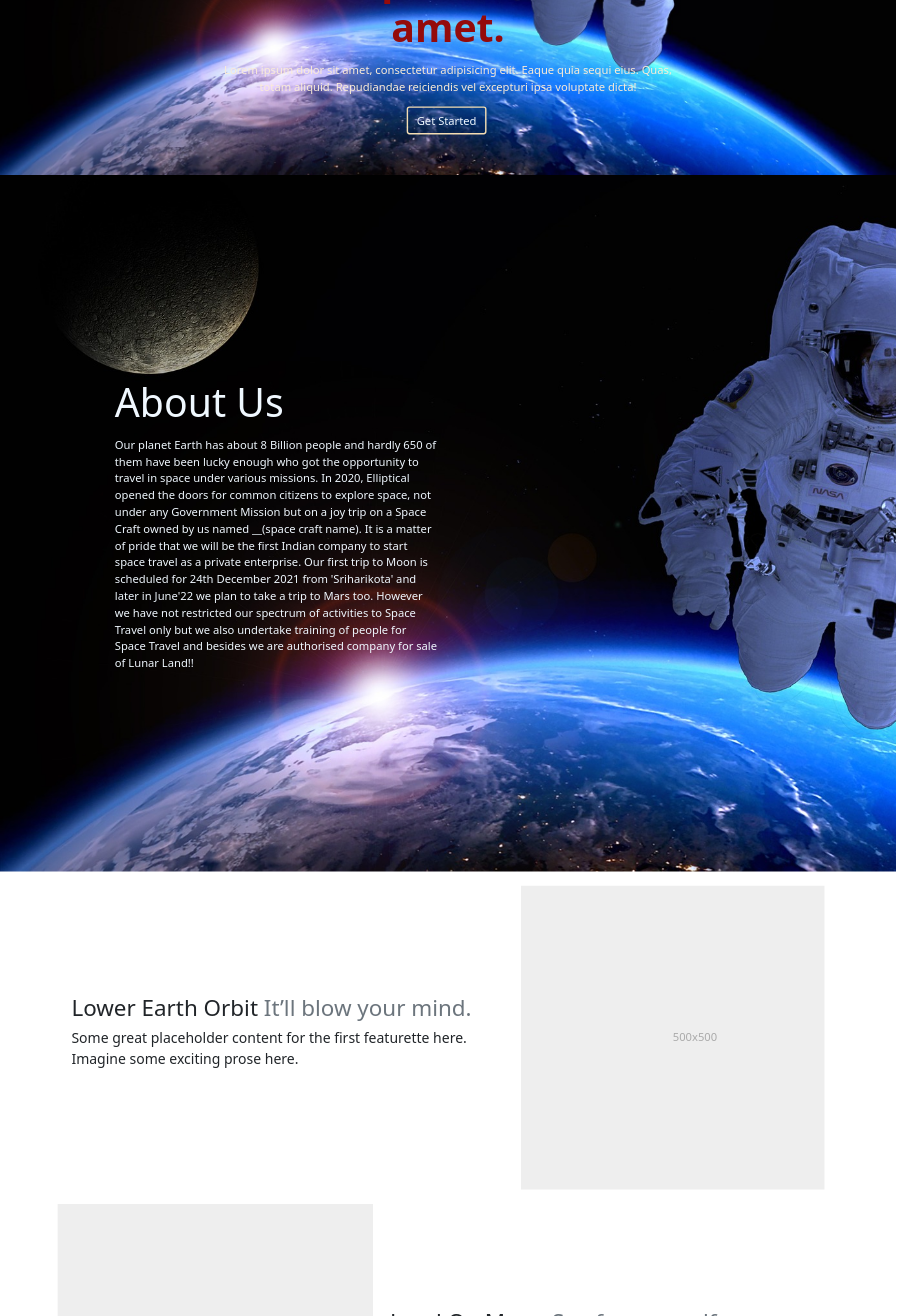
Repository: sarthakkathpalia/elliptical
Page: html/home.html
These files come from the project's save history. The page is drawn as it stood at one moment and after the next save; the edit follows.
The browser window is 1280 px wide. The page is 1292 px wide, so the pictures cover 1292 px, including what lies to the right of the window. The pictures show the part of the page from y = 470 to 2350 px (the page is 4685 px tall), at 70% of full size.
Some web libraries are served in a nearby version.

Above is the page before, as saved 2021-10-30 15:42:40.
Console error: ReferenceError: emailjs is not defined

### html/home.html
<!doctype html>
<html lang="en">
  <head>
    <!-- Required meta tags -->
    <meta charset="utf-8">
    <meta name="viewport" content="width=device-width, initial-scale=1">

    <!-- Bootstrap CSS -->
    <link href="https://cdn.jsdelivr.net/npm/bootstrap@5.1.3/dist/css/bootstrap.min.css" rel="stylesheet" integrity="sha384-1BmE4kWBq78iYhFldvKuhfTAU6auU8tT94WrHftjDbrCEXSU1oBoqyl2QvZ6jIW3" crossorigin="anonymous">
    <link rel="stylesheet" href="/Css/home.css">
    <script type="text/javascript" src="https://cdn.jsdelivr.net/npm/emailjs-com@3/dist/email.min.js"></script>
    <link rel="stylesheet" href="https://cdn.jsdelivr.net/npm/bootstrap-icons@1.6.1/font/bootstrap-icons.css">

    <script type="text/javascript">
    (function() {
    emailjs.init("user_RQy2NQAr1UeMOoaw4Cpgi");
    })();
    </script>
    <title>XYZ</title>
  </head>
  <body>

    <nav class="navbar navbar-expand-lg ">
      <div class="container">
        <a class="navbar-brand" href="#">Eliptical</a>
        <button class="navbar-toggler" type="button" data-bs-toggle="collapse" data-bs-target="#navbarNavDropdown" aria-controls="navbarNavDropdown" aria-expanded="false" aria-label="Toggle navigation">
          <span class="navbar-toggler-icon"></span>
        </button>
        <div class="collapse navbar-collapse" id="navbarNavDropdown">
          <ul class="navbar-nav ">
            <!-- <li class="nav-item">
              <a class="nav-link active" aria-current="page" href="#">Home</a>
            </li> -->
            <li class="nav-item">
              <a class="nav-link" href="#section2">About Us</a>
            </li>
            <li class="nav-item">
              <a class="nav-link" href="#fly">FLY TO SPACE</a>
            </li>
            <li class="nav-item">
            <li class="nav-item">
                <a class="nav-link" href="test.html">Training</a>
            </li>
              <a class="nav-link" href="#">Lunar Land</a>
            </li>
            <li class="nav-item">
              <a class="nav-link" href="#services">Reviews</a>
            </li>
            <li class="nav-item">
              <a class="nav-link" href="#contact">Get In Touch</a>
            </li>
            <li class="nav-item login">
              <a class="nav-link" href="login.html">Login</a>
            </li>


            <!-- <li class="nav-item dropdown">
              <a class="nav-link dropdown-toggle" href="#" id="navbarDropdownMenuLink" role="button" data-bs-toggle="dropdown" aria-expanded="false">
                Dropdown link
              </a>
              <ul class="dropdown-menu" aria-labelledby="navbarDropdownMenuLink">
                <li><a class="dropdown-item" href="#">Action</a></li>
                <li><a class="dropdown-item" href="#">Another action</a></li>
                <li><a class="dropdown-item" href="#">Something else here</a></li>
              </ul>
            </li> -->


          </ul>
            <div class="right ms-auto">
            <a class="nav-link" href="#"></a>
          </div>
          <input type="checkbox" id="check">
    <label for="check">
      <i class="bi bi-bag" id="btn"></i>
      <i class="bi bi-x-square" id="cancel"></i>
    </label>
    <div class="sidebar">
      <header>Shop</header>
      <a href="#" class="active">
        <i class="bi bi-caret-right"></i>
        <span>Dashboard</span>
      </a>
      <a href="#">
        <i class="bi bi-caret-right"></i>
        <span>Shortcuts</span>
      </a>
      <a href="#">
        <i class="bi bi-caret-right"></i>
        <span>Overview</span>
      </a>
      <a href="#">
        <i class="bi bi-caret-right"></i>
        <span>Events</span>
      </a>
      <a href="#">
        <i class="bi bi-caret-right"></i>
        <span>About</span>
      </a>
      <a href="#">
        <i class="bi bi-caret-right"></i>
        <span>Services</span>
      </a>
      <a href="#">
        <i class="bi bi-caret-right"></i>
        <span>Contact</span>
      </a>
    </div>
        </div>
      </div>
    </nav>





    <div class="home vh-100 d-flex align-items-center" id="home">
      <div class="container">
          <div class="row">
              <div class="col-lg-7 mx-auto text-center">
                  <h1 class="display-4 ">Lorem ipsum dolor sit amet.</h1>
                  <p class=" my-3">Lorem ipsum dolor sit amet, consectetur adipisicing elit. Eaque quia
                      sequi eius. Quas, totam aliquid. Repudiandae reiciendis vel excepturi ipsa voluptate dicta!</p>
                  <a href="#" class="btn me-1 ">Get Started</a>

              </div>
          </div>
      </div>
  </div>


      <a id="arrow" class = "arrow" href="#home "><i class="up"></i></a>
      <a id="arrow" class = "arrow" href="#section2 "><i class="down"></i></a>





<main id=section2>
  <div class=" section2 container ">
    <div class="row ">
      <div class="col-lg-6 ">
          <h1 data-js="reveal" class="display-4 ">About Us</h1>
          <p  data-js="reveal" class=" my-3">
            Our planet Earth has about 8 Billion people and hardly 650 of them have been lucky enough who got the opportunity to travel in space under various missions. In 2020, Elliptical opened the doors for common citizens to explore space, not under any Government Mission but on a joy trip on a Space Craft owned by us named __(space craft name). It is a matter of pride that we will be the first Indian company to start space travel as a private enterprise. Our first trip to Moon is scheduled for 24th December 2021 from 'Sriharikota' and later in June'22 we plan to take a trip to Mars too. However we have not restricted our spectrum of activities to Space Travel only but we also undertake training of people for Space Travel and besides we are authorised company for sale of Lunar Land!!
          </p>
      </div>
    </div>
</div>
</main>

<div class="container marketing">



  <div id="fly" class="con1">
  <div class="row featurette align-items-center">
    <div class="col-md-7">
      <h2 class="featurette-heading">Lower Earth Orbit <span class="text-muted">It’ll blow your mind.</span></h2>
      <p class="lead">Some great placeholder content for the first featurette here. Imagine some exciting prose here.</p>
    </div>
    <div class="col-md-5">
      <!-- <img src="cosmos.jpg" alt=""> -->
      <svg class="bd-placeholder-img bd-placeholder-img-lg featurette-image img-fluid mx-auto" width="500" height="500" xmlns="http://www.w3.org/2000/svg" role="img" aria-label="Placeholder: 500x500" preserveAspectRatio="xMidYMid slice" focusable="false"><title>Placeholder</title><rect width="100%" height="100%" fill="#eee"></rect><text x="50%" y="50%" fill="#aaa" dy=".3em">500x500</text></svg>

    </div>
  </div>
</div>



  <div class="row featurette align-items-center">
    <div class="col-md-7 order-md-2">
      <h2 class="featurette-heading">Land On Moon <span class="text-muted">See for yourself.</span></h2>
      <p class="lead">Another featurette? Of course. More placeholder content here to give you an idea of how this layout would work with some actual real-world content in place.</p>
    </div>
    <div class="col-md-5 order-md-1">
      <svg class="bd-placeholder-img bd-placeholder-img-lg featurette-image img-fluid mx-auto" width="500" height="500" xmlns="http://www.w3.org/2000/svg" role="img" aria-label="Placeholder: 500x500" preserveAspectRatio="xMidYMid slice" focusable="false"><title>Placeholder</title><rect width="100%" height="100%" fill="#eee"></rect><text x="50%" y="50%" fill="#aaa" dy=".3em">500x500</text></svg>

    </div>
  </div>




  <div class="row featurette align-items-center">
    <div class="col-md-7">
      <h2 class="featurette-heading">Discover Mars<span class="text-muted">Checkmate.</span></h2>
      <p class="lead">And yes, this is the last block of representative placeholder content. Again, not really intended to be actually read, simply here to give you a better view of what this would look like with some actual content. Your content.</p>
    </div>
    <div class="col-md-5">
      <svg class="bd-placeholder-img bd-placeholder-img-lg featurette-image img-fluid mx-auto" width="500" height="500" xmlns="http://www.w3.org/2000/svg" role="img" aria-label="Placeholder: 500x500" preserveAspectRatio="xMidYMid slice" focusable="false"><title>Placeholder</title><rect width="100%" height="100%" fill="#eee"></rect><text x="50%" y="50%" fill="#aaa" dy=".3em">500x500</text></svg>

    </div>
  </div>
</div>
<div class="row featurette align-items-center">
  <div class="col-md-7 order-md-2">
    <h2 class="featurette-heading">Honey To Moon <span class="text-muted">See for yourself.</span></h2>
    <p class="lead">Another featurette? Of course. More placeholder content here to give you an idea of how this layout would work with some actual real-world content in place.</p>
  </div>
  <div class="col-md-5 order-md-1">
    <svg class="bd-placeholder-img bd-placeholder-img-lg featurette-image img-fluid mx-auto" width="500" height="500" xmlns="http://www.w3.org/2000/svg" role="img" aria-label="Placeholder: 500x500" preserveAspectRatio="xMidYMid slice" focusable="false"><title>Placeholder</title><rect width="100%" height="100%" fill="#eee"></rect><text x="50%" y="50%" fill="#aaa" dy=".3em">500x500</text></svg>

  </div>
</div>

  <!-- <div class="col-md-5">
    <svg class="bd-placeholder-img bd-placeholder-img-lg featurette-image img-fluid mx-auto" width="500" height="500" xmlns="http://www.w3.org/2000/svg" role="img" aria-label="Placeholder: 500x500" preserveAspectRatio="xMidYMid slice" focusable="false"><title>Placeholder</title><rect width="100%" height="100%" fill="#eee"></rect><text x="50%" y="50%" fill="#aaa" dy=".3em">500x500</text></svg>

  </div>
</div>
</div> -->

<!-- <section id="services">

  <div class="container">
      <div class="row  mb-5">
          <div class=" col-md-8 mx-auto text-center">

              <h1 data-aos="fade-up">Reviews</h1>
              <p>Lorem ipsum dolor sit amet consectetur nisi necessitatibus repellat distinctio eveniet eaque fuga
                  in cumque optio consectetur harum vitae debitis sapiente praesentium aperiam aut</p>
          </div>
      </div>
      <div class="row g-4">
          <div class="col-lg-4 col-sm-6">
              <div class="service card-effect bounceInUp">
                  <div class="iconbox">
                      <i class='bx bxs-check-shield'></i>
                  </div>
                  <h5 class="mt-4 mb-2">x</h5>
                  <p>Lorem ipsum dolor sit amet consectetur adipisicing elit. Nihil perspiciatis illo asperiores
                      perferendis </p>
              </div>
          </div>
          <div class="col-lg-4 col-sm-6">
              <div class="service card-effect">
                  <div class="iconbox">
                      <i class='bx bxs-comment-detail'></i>
                  </div>
                  <h5 class="mt-4 mb-2">y</h5>
                  <p>Lorem ipsum dolor sit amet consectetur adipisicing elit. Nihil perspiciatis illo asperiores
                      perferendis </p>
              </div>
          </div>
          <div class="col-lg-4 col-sm-6">
              <div class="service card-effect">
                  <div class="iconbox">
                      <i class='bx bxs-cog'></i>
                  </div>
                  <h5 class="mt-4 mb-2">z</h5>
                  <p>Lorem ipsum dolor sit amet consectetur adipisicing elit. Nihil perspiciatis illo asperiores
                      perferendis </p>
              </div>
          </div>
         </div>

  </div>
</section> -->
<div id= "contact" class="form">

  <h2>Get in Touch</h2>
  <label htmlFor="name">Name</label>
  <input type="text" id="name"/>
  <label htmlFor="City">City</label>
  <input type="text" id="city"/>
  <label htmlFor="email">E-Mail</label>
  <input type="email" id="email"/>
  <label>Contact Details</label>
  <textarea  rows="7" cols="100"  id="message" ></textarea>
  <button class="b1" onclick="sendEmail()">Submit</button>
</div>



<footer class="py-3 my-4">
  <ul class="nav justify-content-center border-bottom pb-3 mb-3">
    <li class="nav-item"><a href="#" class="nav-link px-2 text-muted">Home</a></li>
    <li class="nav-item"><a href="#" class="nav-link px-2 text-muted">Features</a></li>
    <li class="nav-item"><a href="#" class="nav-link px-2 text-muted">Pricing</a></li>
    <li class="nav-item"><a href="#" class="nav-link px-2 text-muted">FAQs</a></li>
    <li class="nav-item"><a href="#" class="nav-link px-2 text-muted">About</a></li>
  </ul>
  <p class="text-center text-muted">© 2021 Company, Inc</p>
</footer>



    <!-- Optional JavaScript; choose one of the two! -->

    <!-- Option 1: Bootstrap Bundle with Popper -->
    <script src="https://cdn.jsdelivr.net/npm/bootstrap@5.1.3/dist/js/bootstrap.bundle.min.js" integrity="sha384-ka7Sk0Gln4gmtz2MlQnikT1wXgYsOg+OMhuP+IlRH9sENBO0LRn5q+8nbTov4+1p" crossorigin="anonymous"></script>

    <!-- Option 2: Separate Popper and Bootstrap JS -->
    <!--
    <script src="https://cdn.jsdelivr.net/npm/@popperjs/core@2.10.2/dist/umd/popper.min.js" integrity="sha384-7+zCNj/IqJ95wo16oMtfsKbZ9ccEh31eOz1HGyDuCQ6wgnyJNSYdrPa03rtR1zdB" crossorigin="anonymous"></script>
    <script src="https://cdn.jsdelivr.net/npm/bootstrap@5.1.3/dist/js/bootstrap.min.js" integrity="sha384-QJHtvGhmr9XOIpI6YVutG+2QOK9T+ZnN4kzFN1RtK3zEFEIsxhlmWl5/YESvpZ13" crossorigin="anonymous"></script>
    -->
    <script src="/main.js"></script>
  </body>
</html>

### Css/home.css

*{
    margin: 0;
    padding: 0;
    box-sizing: border-box;
}
.arrow{
    font-size: 20px;
    color: white;
    bottom: 0px;
    right: 0px;
    padding: 30px;
    position: fixed;
}
.navbar-nav{
    font-weight: bold;
    text-transform: uppercase;
    font-size: 17px;
    font-family: 'Gill Sans', 'Gill Sans MT', Calibri, 'Trebuchet MS', sans-serif;
}

.navbar{
    position: absolute;
    z-index: 10;
    margin-top: 9px;
    width: 100%;
}
.navbar-nav a{
    color: rgb(255, 254, 253);
}

.navbar-nav a:hover{
    color: black;
   text-decoration: underline;
   transition: 0.5s;
  font-size: 18px;
  transform: translateY(-8%);
}
.home{
    position: relative;
    background-image: url(/Images/astronaut.jpg);
    background-size: cover;
    background-position: center;
}
.home .row{
    margin-top: 350px;
}
.home h1{
    color: rgb(148, 11, 11);
    font-weight: bold;
}
.home p{
    color: antiquewhite;
}
.row a{
    border: 2px solid wheat;
    color: aliceblue;
}
.row a:hover{
    transition: 0.2s;
    transform: translateY(5%);
    font-size: 18px;
    border: 2px solid wheat;
    color: aliceblue;
}
.nav-item a:focus{
    color:black;
}
section {

    height:700px;

    padding-top: 120px;
    padding-bottom: 120px;
  }
  .service{
    padding: 25px;
    box-shadow: 5px 8px 22px rgba(0, 0, 0, 0.199);
    transition: all 0.35s ease;
  }

  .service:hover{
    box-shadow: 5px 8px 22px rgba(38, 17, 66, 0.205);
    transform: translateY(5px);

  }
  .dropdown-menu a{
      color:black;
  }

   #section2 .container {

    padding-top: 120px;
    padding-bottom: 120px;
    background-image: url(/Images/astronaut.jpg);
    background-repeat: no-repeat;
    background-size: cover;
    max-width: 100%;

  }
  .section2 .row{
     display: flex;
     margin: 140px;
     margin-top: 170px;
     margin-bottom:150px ;
    color: aliceblue;
  }
  [data-reveal="text"]{
      opacity: 0;

  }
  [data-js="reveal"].loaded [data-reveal="text"]{
      opacity:1;
      animation:reveal-text 1.5s ease;

  }
  @keyframes reveal-text {
      0%{
         opacity: 0;

      }
      50%{

          opacity: 1;
      }

    }

    .con1,.con3{
        padding: 20px;


      }
      .con2 h2{
        color:rgb(245, 239, 239);
      }
      .con2 p{
        color:rgba(240, 238, 238, 0.726);
      }

      .con2{
        background-image:url(/Images/cosmos.jpg) ;
        padding: 20px;
      }

      footer {
        background-image:url(/Images/cosmos.jpg) ;
      }
      .form{

          height: 900px;
        font-family:'Lucida Sans', 'Lucida Sans Regular', 'Lucida Grande', 'Lucida Sans Unicode', Geneva, Verdana, sans-serif;
        padding: 10%;
        /* background: url('215c7fdca6033092baa04b35c17466bd.gif') no-repeat ;
        background-size: cover; */
        background-image: linear-gradient(to right,#000000,#434343);
        display: flex;
        color: white;
        flex-direction: column;
    }
    input,textarea{
        background-color: #434343;
    }
    textarea{
        width:350px;

        border-radius: 8px;

    }
    input{
        width:350px;
        height: 30px;
        border-radius: 8px;
    }

    label{
        font-size: 20px;
        margin-top: 30px;
        margin-bottom: 3px;
    }
    .b1{
        margin-top: 20px;
        color: white;
        background-color:#000000 ;
        padding: 15px;
        width: 150px;
        border-radius: 3px;
    }
    .b1:hover{
        background-color: white;
        color: black;
    }

### main.js
"use strict";
const sendEmail = async () => {
  var templateParams = {
      name: document.getElementById("name").value,
      message:document.getElementById("message").value,
      city:document.getElementById("city").value,
      Email:document.getElementById("email").value
  };

  emailjs.send('service_v5j0w57', 'template_jckj8km',templateParams)
    .then(function(res)
        {
          console.log("success",res.status);
        })

  const res = await fetch("https://tea-baggins-default-rtdb.firebaseio.com/form.json",{
      method: "POST",
      headers: {
          "Content-Type" : "application/json",
      },
      body:JSON.stringify(templateParams),
     })

  console.log("submited");
  alert("Thank you for your response");
}

var COLOR_LIST = ['#31fe4d', '#ff00ff', 'orange', '#007fff', '#00ffff'];
var $targetList;

var init = function init() {
  $targetList = document.querySelectorAll('[data-js="reveal"]');
  setup();
  window.addEventListener('scroll', onScroll, false);
  window.dispatchEvent(new Event('scroll'));
};

var getArrayRandomValue = function getArrayRandomValue(array) {
  return array[Math.floor(Math.random() * array.length)];
};

var setup = function setup() {
  var _iteratorNormalCompletion = true;
  var _didIteratorError = false;
  var _iteratorError = undefined;

  try {
    for (var _iterator = $targetList[Symbol.iterator](), _step; !(_iteratorNormalCompletion = (_step = _iterator.next()).done); _iteratorNormalCompletion = true) {
      var $target = _step.value;
      var content = $target.innerHTML;
      var color = 'revealColor' in $target.dataset ? $target.dataset.revealColor : getArrayRandomValue(COLOR_LIST);
      $target.innerHTML = "<span data-reveal=\"content\"><div data-reveal=\"cover\" style=\"background-color:".concat(color, "\"></div><span data-reveal=\"text\">").concat(content, "</span></span>");
    }
  } catch (err) {
    _didIteratorError = true;
    _iteratorError = err;
  } finally {
    try {
      if (!_iteratorNormalCompletion && _iterator.return != null) {
        _iterator.return();
      }
    } finally {
      if (_didIteratorError) {
        throw _iteratorError;
      }
    }
  }
};

var onScroll = function onScroll() {
  var windowH = window.innerHeight;
  var scrollTop = document.documentElement.scrollTop || document.body.scrollTop;
  var isMostScroll = document.body.clientHeight <= scrollTop + windowH;
  var _iteratorNormalCompletion2 = true;
  var _didIteratorError2 = false;
  var _iteratorError2 = undefined;

  try {
    for (var _iterator2 = $targetList[Symbol.iterator](), _step2; !(_iteratorNormalCompletion2 = (_step2 = _iterator2.next()).done); _iteratorNormalCompletion2 = true) {
      var $target = _step2.value;
      if ($target.classList.contains('loaded')) continue;
      var rect = $target.getBoundingClientRect();
      var top = rect.top + scrollTop;
      if (isMostScroll || top <= scrollTop + windowH * .8) $target.classList.add('loaded');
    }
  } catch (err) {
    _didIteratorError2 = true;
    _iteratorError2 = err;
  } finally {
    try {
      if (!_iteratorNormalCompletion2 && _iterator2.return != null) {
        _iterator2.return();
      }
    } finally {
      if (_didIteratorError2) {
        throw _iteratorError2;
      }
    }
  }
};

document.addEventListener('DOMContentLoaded', init, false);

After the next save:
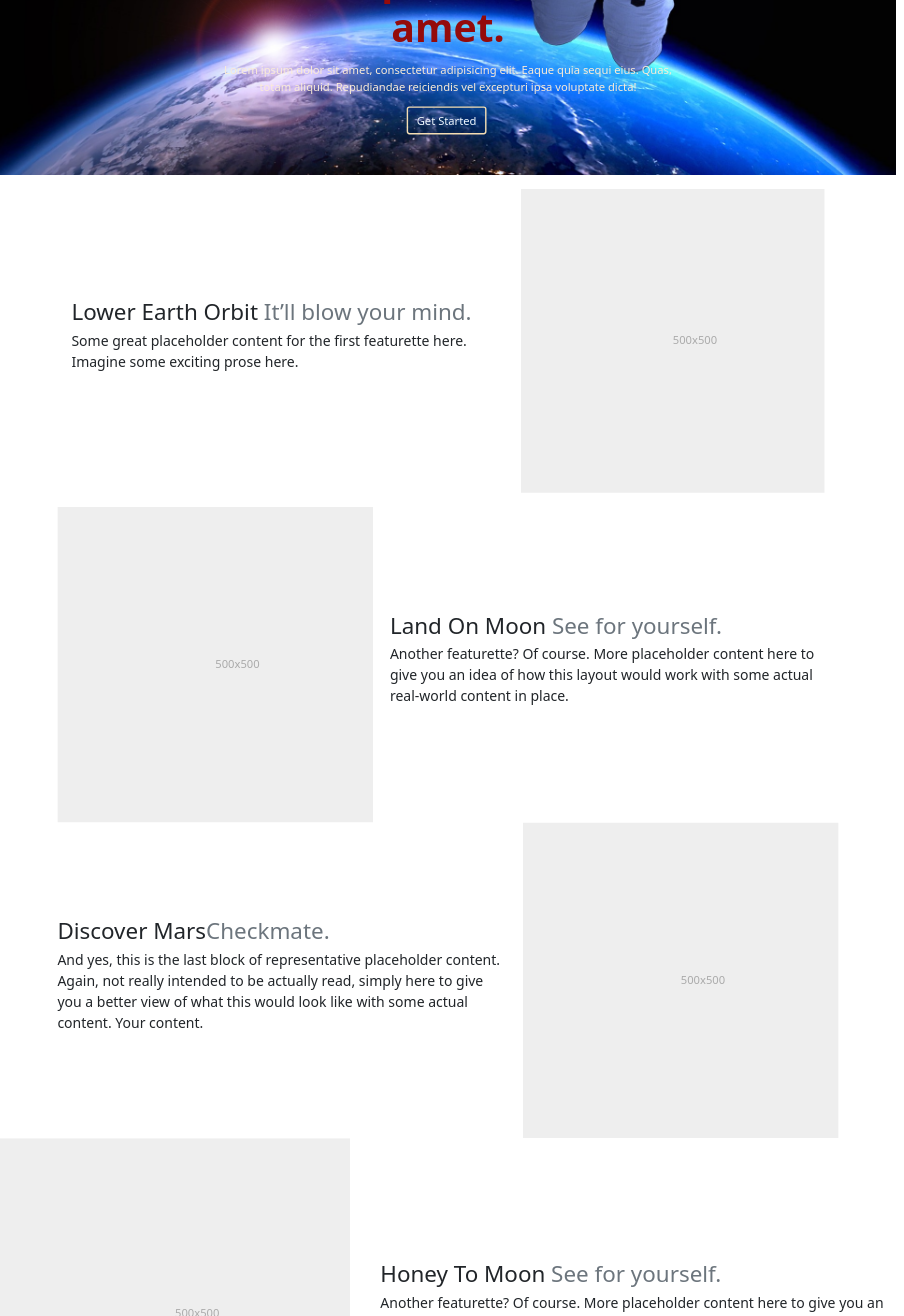
Saved 84 s later.
--- a/html/home.html
+++ b/html/home.html
@@ -136,18 +136,7 @@
 
 
 
-<main id=section2>
-  <div class=" section2 container ">
-    <div class="row ">
-      <div class="col-lg-6 ">
-          <h1 data-js="reveal" class="display-4 ">About Us</h1>
-          <p  data-js="reveal" class=" my-3">
-            Our planet Earth has about 8 Billion people and hardly 650 of them have been lucky enough who got the opportunity to travel in space under various missions. In 2020, Elliptical opened the doors for common citizens to explore space, not under any Government Mission but on a joy trip on a Space Craft owned by us named __(space craft name). It is a matter of pride that we will be the first Indian company to start space travel as a private enterprise. Our first trip to Moon is scheduled for 24th December 2021 from 'Sriharikota' and later in June'22 we plan to take a trip to Mars too. However we have not restricted our spectrum of activities to Space Travel only but we also undertake training of people for Space Travel and besides we are authorised company for sale of Lunar Land!!
-          </p>
-      </div>
-    </div>
-</div>
-</main>
+
 
 <div class="container marketing">
 
@@ -258,6 +247,18 @@
 
   </div>
 </section> -->
+<main id=section2>
+  <div class=" section2 container ">
+    <div class="row ">
+      <div class="col-lg-6 ">
+          <h1 data-js="reveal" class="display-4 ">About Us</h1>
+          <p  data-js="reveal" class=" my-3">
+            Our planet Earth has about 8 Billion people and hardly 650 of them have been lucky enough who got the opportunity to travel in space under various missions. In 2020, Elliptical opened the doors for common citizens to explore space, not under any Government Mission but on a joy trip on a Space Craft owned by us named __(space craft name). It is a matter of pride that we will be the first Indian company to start space travel as a private enterprise. Our first trip to Moon is scheduled for 24th December 2021 from 'Sriharikota' and later in June'22 we plan to take a trip to Mars too. However we have not restricted our spectrum of activities to Space Travel only but we also undertake training of people for Space Travel and besides we are authorised company for sale of Lunar Land!!
+          </p>
+      </div>
+    </div>
+</div>
+</main>
 <div id= "contact" class="form">
 
   <h2>Get in Touch</h2>
